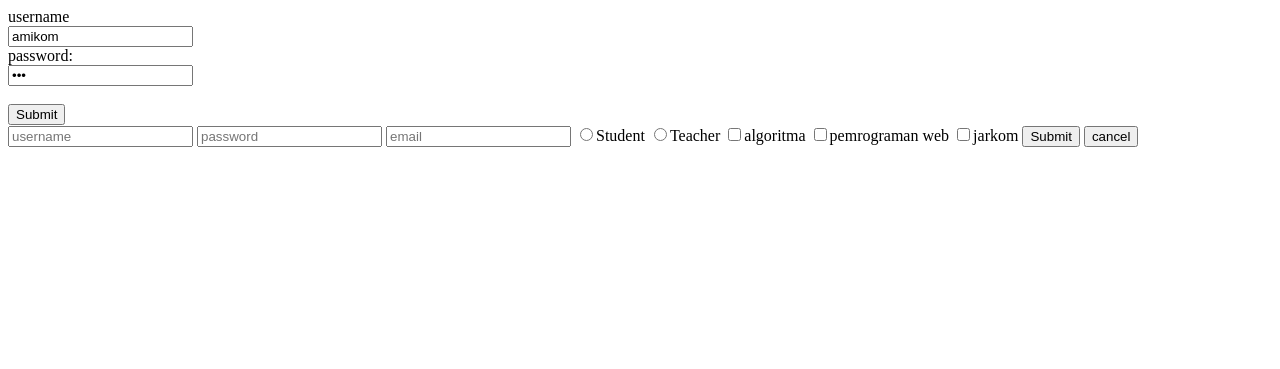
Repository: keyx-alt/pemrograman_web
Page: form.html
The author's editor kept a copy of each file at every save. The page is drawn from the files as they stood at one save, then again after the next save.
The browser window is 1280 px wide. The pictures show the whole page.

Above is the page before, as saved 2026-04-16 14:18:38.

After the next save:
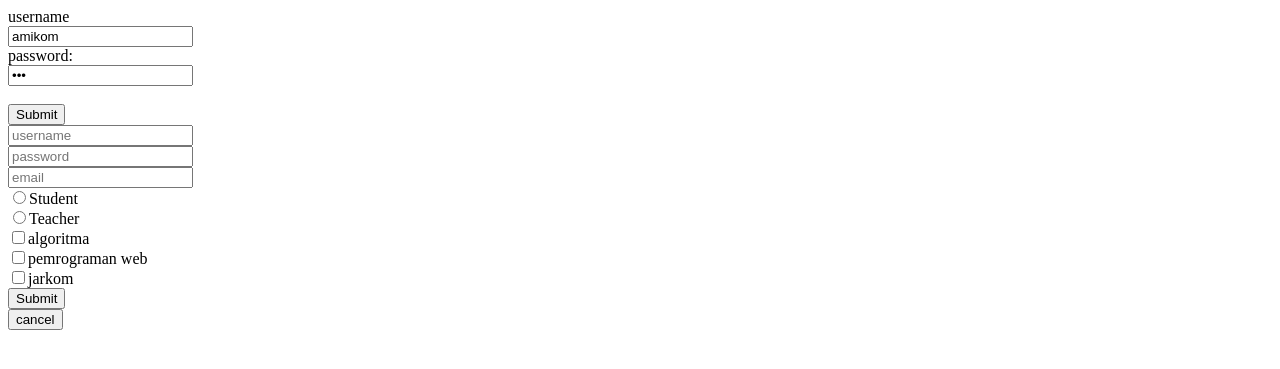
Saved 35 s later.
--- a/form.html
+++ b/form.html
@@ -15,16 +15,16 @@
     </form>
 
     <form>
-        <input type="text" placeholder="username">
-        <input type="password" placeholder="password">
-        <input type="email" placeholder="email">
-        <input type="radio">Student
-        <input type="radio">Teacher
-        <input type="checkbox" >algoritma
-        <input type="checkbox" >pemrograman web
-        <input type="checkbox" >jarkom
-        <input type="submit">
-        <input type="button" value="cancel">
+        <input type="text" placeholder="username"><br>
+        <input type="password" placeholder="password"><br>
+        <input type="email" placeholder="email"><br>
+        <input type="radio">Student <br>
+        <input type="radio">Teacher <br>
+        <input type="checkbox" >algoritma <br>
+        <input type="checkbox" >pemrograman web <br>
+        <input type="checkbox" >jarkom <br>
+        <input type="submit"> <br>
+        <input type="button" value="cancel"> <br>
     </form>
 </body>
 </html>
